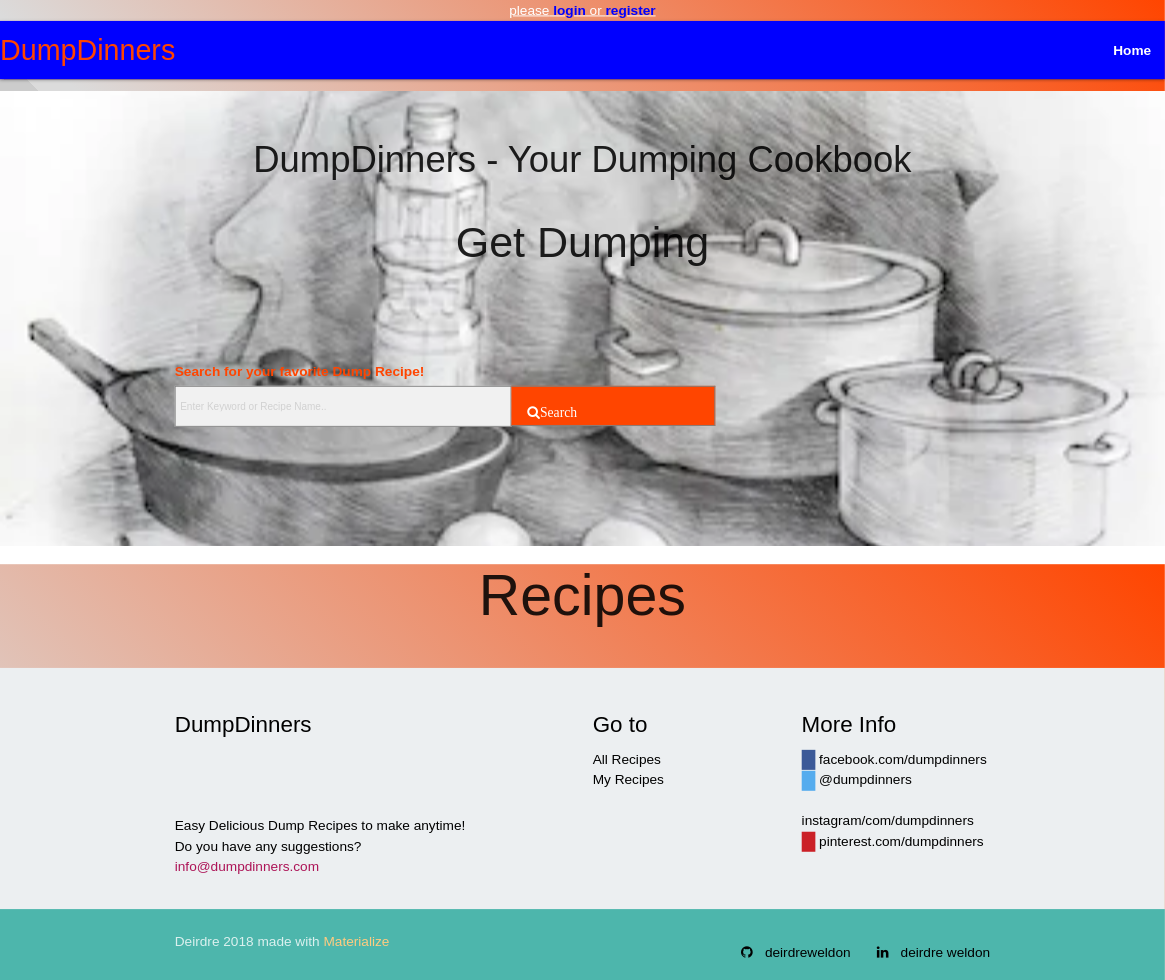
Repository: Deirdre18/dumpdinners-recipe-app
Page: http://localhost/
The author's editor kept a record of every edit. The page is drawn from the files as they stood at one moment, then again after the next edit.
The browser window is 1280 px wide. The pictures show the whole page, at 91% of full size.
Some web libraries are served in a nearby version. The page is served by the project's application, run on Flask 3 (app.py). Queries for data that is not in the repository find no rows.

Above is the page before.

### templates/allrecipes1.html
{% extends "base.html" %}
{% block content %}

        <h1 class="title">Recipes</h1>
 {#{{referred to https://github.com/pierceoneill/code-institute-milestone-project-04/blob/master/templates/recipes.html for recipe-cards code.}}#}



   <div id="recipe-cards" class="row">
    {% for recipe in recipes %}
        <div class="col s12 m4 l3 recipe-card" data-date="{{recipe.date_added}}">
            <div class="card-heading"style="text-align:center">

                    <div class="card-title">
                        <h6><span id="recipe_name" name="recipe_name" ><i><strong>{{recipe.recipe_name}} </i></strong></span></h6>

                    </div>
            </div>


            <div class="card-image" >
                <img src="{{recipe.image}}" width="200" height="200" style="margin-top": 40%;>
            </div>


            <div class="card-body">

                <p id="short_description"></p> <strong><em>{{recipe.short_description}}</strong></em></p>
            </div>

           <div class="card-footer">


                <div class="card-action">
                   <a href="/recipe/{{ recipe._id }}"> <button class="btn waves-effect waves-light" type="submit" style="background-color:orangered" name="action">See More
                <i class="material-icons right">view_list</i>
             </button></a>

                </div>
           </div>




            <!-- more display -->
    </div>
    {% endfor %}

{% endblock %}

### templates/base.html
<!DOCTYPE html>
<html>

<head>
    <!--referred to this link for downloading bootstrap, as well as previous CI tutorials - https://forums.fedoraforum.org/showthread.php?314148-How-to-download-bootstrap-->

    <meta charset="UTF-8">
    <meta name="viewport" content="width=device-width, user-scalable=no, initial-scale=1.0, maximum-scale=1.0, minimum-scale=1.0">
    <meta http-equiv="X-UA-Compatible" content="ie=edge">
    <title>{{ title }} - DumpDinners</title>
    <link href="https://fonts.googleapis.com/icon?family=Material+Icons" rel="stylesheet">
    <link rel="stylesheet" href="https://cdnjs.cloudflare.com/ajax/libs/materialize/0.100.2/css/materialize.min.css">
    <link rel="stylesheet" href="{{url_for('static', filename='styles.css')}}" type="text/css" />
    <link rel="icon" type="image/ico" href="/static/images/favicon.ico" />
    <link rel="stylesheet" href="https://cdnjs.cloudflare.com/ajax/libs/font-awesome/4.7.0/css/font-awesome.min.css">

    <style>
        body {
            font-family: Arial;
        }

        * {
            box-sizing: border-box;
        }

        form.example input[type=text] {
            padding: 5px;
            font-size: 11px;
            border: 1px solid grey;
            float: left;
            width: 4%;
            height: 1%;
            background: #f1f1f1;
        }

        form.example button {
            float: left;
            width: 2%;
            height: 2%;
            padding: 5px;
            background: #2196F3;
            color: white;
            font-size: 11px;
            border: 1px solid grey;
            border-left: none;
            cursor: pointer;
        }

        form.example button:hover {
            background: #0b7dda;
        }

        form.example::after {
            content: "";
            clear: both;
            display: table;
        }
    </style>



</head>

<body>

    <style scoped>
        .pattern {
            min-height: 100px;
        }

        #stripes4 {

            background-image: repeating-linear-gradient(45deg, #ccc, #ccc 30px, #dbdbdb 30px, #dbdbdb 60px, orangered);

        }
    </style>

    <!--to give background gradient color, referred to https://www.quackit.com/css/codes/patterns/css_background_stripes.cfm-->

    <div id="stripes4" class="pattern">


        <!--referred to code from Spence Barribal's github project for username in session below (Student at Code Institute).-->

        {% if 'username' in session %}
        <div class="text-light font-italic bg-dark pt-2 pr-4" style="text-align:center; color:blue"><strong>welcome back, {{ session['username'] }}</strong>
        </div>

        <!--Referred to stack overflow article on centering anchors.-->

        <div class="display:block; text-align: center">
            <a href="{{ url_for('add_recipe') }}" <button class="btn-floating btn-small waves-effect waves-light red" style=" font-size:11px; color: blue; width:60px; height:50px;text-transform:uppercase"><strong><uppercase>+ Recipe</uppercase></strong></button><i class="material-icons"></i></a>
        </div>


        <div class="display:block; text-align: center">
            <a href="{{ url_for( 'logout') }}text-align:center" style="text-decoration:underline; color:blue; text-align:center,color:blue"><strong>Logout</strong></a>

        <a href="{{ url_for( 'allrecipes') }}text-align:center" style="text-decoration:underline;color:blue; text-align:center"><strong>Home</strong></a>

         </div>

        {% else %}

        <div class="login" style="text-align:center;text-decoration:underline; color:white">please<a href="{{ url_for('login') }}" style="color:blue"><strong> login</a></strong> or <a href="{{ url_for('register') }}" style="color:blue"><strong> register</strong></a>
        </div>
        {% endif %}

        <nav>
            <div class="nav-wrapper">
                <a class="brand-logo" style="color:orangered">DumpDinners</a>
                <a href="#" data-activates="mobile-demo" class="button-collapse"><i class="material-icons">menu</i></a>
                <ul id="nav-mobile" class="right hide-on-med-and-down">

                    {% if 'username' not in session %}

                    <li class="nav-item">
                        <a href="{{ url_for('index') }}" style="color:white"><strong>Home</a></strong>
                    </li>


                    {% endif %}

                </ul>
            </div>

        </nav>
        <!--referred to https://www.w3schools.com/howto/howto_css_search_button.asp-->

        {% if 'username' in session %}
        <ul class="sidenav" id="mobile-demo">
            <li class="nav-item">
                <a href="{{ url_for('allrecipes') }}" style="color:orangered;text-decoration:underline"><strong>Home</strong></a>
            </li>
            {% endif %}


        </ul>
    </div>

    <div id="index-banner" class="parallax-container">
        <div class="section no-pad-bot">
            <div class="container">

                <div class="parallax">
                    <img src="{{ url_for('static', filename='uploads/' + 'still-life.jpg') }}">
                </div>

                <h2 class="header center" class="header"><small>DumpDinners - Your Dumping Cookbook</small></h2>

                <h1 class="header center" class="header"><small>Get Dumping</small></h1>
                <br><br><br>


                <!--/*referred to https://www.w3schools.com/howto/howto_css_search_button.asp*/-->

                <div class="search-container">

                    <h6 class="lead-search" style="color:orangered; text-align:left"><strong>Search for your favorite Dump Recipe!</strong></h6>
                    <form class="example" action="{{ url_for('search') }}">
                        <input type="text" placeholder="Enter Keyword or Recipe Name.." required name="query" style="margin-top:1px; width:40%; height:3em !important; color:black">
                        <div id="search">
                            <button type="submit" style="margin-top:1px; width:25%; height:4em !important; background-color:orangered"><i class="fa fa-search" style="font-size:15px;float:left">Search</i></button>
                        </div>
                    </form>
                </div>


            </div>
        </div>
        <!--Referred to this link for adding photos dynamically. https://stackoverflow.com/questions/40877272/jinja2-not-displaying-the-images-->


    </div>

    <div id="stripes4" class="pattern">
        {% block content %}{% endblock %}
    </div>

    <script src="https://ajax.googleapis.com/ajax/libs/jquery/3.4.1/jquery.min.js"></script>


    <script src="https://cdnjs.cloudflare.com/ajax/libs/jquery/3.2.1/jquery.min.js"></script>

    <script src="https://cdnjs.cloudflare.com/ajax/libs/materialize/0.100.2/js/materialize.min.js"></script>



    <script type="text/javascript">
        $(document).ready(function() {
            $(".button-collapse").sideNav();
        });
    </script>

    <script type="text/javascript">
        $('.datepicker').pickadate({
            selectMonths: true, // Creates a dropdown to control month
            selectYears: 15, // Creates a dropdown of 15 years to control year,
            today: 'Today',
            clear: 'Clear',
            close: 'Ok',
            closeOnSelect: false // Close upon selecting a date,
        });
    </script>


    <script>
        $(document).ready(function() {
            $('.parallax').parallax();
        });
    </script>

    <!-- jquery to activate buttons -->

    <script type="text/javascript">
        $(document).ready(function() {
            $('.collapsible').collapsible();
            $('select').material_select();
        });
    </script>



    <!--to create footer referred to https://www.w3schools.com/howto/tryit.asp?filename=tryhow_css_fixed_footer. For flexible footer referred to https://materializecss.com/footer.html-->
    <!--decided to make footer fixed rather than flexible-->





    <style>
        .footer {
            margin-top: 1px;
            display: fixed;
            min-height: 3vh;
            flex-direction: column;
            text-align: center;
            background-color: blue;
            color: white;
        }

        main {
            flex: 1 0 auto;
        }

        .container {
            margin-top: 15px;
            margin-bottom: 3px;
        }
    </style>



    <style>
        .fa {
            padding: 10px;
            font-size: 15px;
            width: 30px;
            text-decoration: none;
            margin: 5px 2px;
            border-radius: 50%;
            height: 30px;
        }

        .fa:hover {
            opacity: 0.7;

        }

        .fa-facebook {
            background: #3B5998;
            color: white;
            text-align: center;
        }

        .fa-twitter {
            background: #55ACEE;
            color: white;
            text-align: center;
        }


        .fa-youtube {
            background: #bb0000;
            color: white;
            text-align: center;
        }

        .fa-pinterest {
            background: #cb2027;
            color: white;
            text-align: center;
        }


        strong {
            font-weight: bold;
        }
    </style>







    <!--<div class="footer">-->


    <!--    <div class="container">-->
    <!--created blank spaces, referred to https://www.computerhope.com/jargon/n/nbsp.htm-->
    <!--        © 2019 Created with Code and Materialise&nbsp| Deirdre Weldon |&nbsp<a href="https://dumpdinners-recipe-app.herokuapp.com/" style="color:orangered; text-decoration: underline">DumpDinners Website-->

    <!--    </div>  -->

    <!--for social media icons and styles referred to https://www.w3schools.com/howto/howto_css_social_media_buttons.asp    -->




    <!-- Add font awesome icons -->
    <!--        <a href="https://www.facebook.com/" class="fa fa-facebook"></a>-->
    <!--        <a href="https://www.twitter.com/" class="fa fa-twitter"></a>-->
    <!--        <a href="https://www.youtube.com/" class="fa fa-youtube"></a>-->
    <!--        <a href="https://www.pinterest.com/" class="fa fa-pinterest"></a>-->



    <!--</div>-->


    <footer class="page-footer #eceff1 blue-grey lighten-5" id="footer-custom">
        <div class="container">
            <div class="row no-margin">
                <div class="col l6 m3 mobile-hide">
                    <h5 class="black-text footer-heading">DumpDinners</h5>
                    <p class="black-text text-lighten-4 footer-text">
                        Easy Delicious Dump Recipes to make anytime!<br> Do you have any suggestions?<br>
                        <a class="pink-text text-darken-3" href="mailto:dumpdinners">info@dumpdinners.com</a>
                    </p>
                </div>
                <div class="col l3 m3 mobile-hide">
                    <h5 class="black-text footer-heading">Go to</h5>
                    <ul>
                        <li class="footer-text"><a class="black-text" href="{{url_for('allrecipes')}}">All Recipes</a></li>
                        <li class="footer-text"><a class="black-text" href="{{url_for('allrecipes')}}">My Recipes</a></li>
                    </ul>
                </div>
                <div class="col l3 m3 s12">
                    <h5 class="black-text footer-heading">More Info</h5>
                    <ul>
                        <li class="footer-text"><a class="black-text" href=""><i class="fab fa-facebook fa-lg"></i> facebook.com/dumpdinners</a></li>
                        <li class="footer-text"><a class="black-text" href=""><i class="fab fa-twitter fa-lg"></i> @dumpdinners</a></li>
                        <li class="footer-text"><a class="black-text" href=""><i class="fab fa-instagram fa-lg"></i> instagram/com/dumpdinners</a></li>
                        <li class="footer-text"><a class="black-text" href=""><i class="fab fa-pinterest fa-lg"></i> pinterest.com/dumpdinners</a></li>
                    </ul>
                </div>
            </div>
        </div>
        <div class="footer-copyright footer-text #4db6ac teal lighten-2">
            <div class="container">
                Deirdre 2018 made with <a class="orange-text text-lighten-3" href="http://materializecss.com">Materialize</a>

                <a class="black-text text-lighten-1 right" href="https://www.linkedin.com/in/deirdre weldon/"><i class="fa fa-linkedin fa-2x"></i> deirdre weldon </a>
                <a class="black-text text-darken-4 right" href="https://github.com/deidreweldon"><i class="fa fa-github"></i> deirdreweldon &nbsp &nbsp</a>
            </div>
        </div>
    </footer>

</body>

</html>

### app.py
import os
import re
from flask import Flask, render_template, redirect, request, url_for, session, flash
import json
from functools import update_wrapper
from flask_pymongo import PyMongo
import pymongo
from pymongo import MongoClient
from bson.objectid import ObjectId


from werkzeug.security import generate_password_hash, check_password_hash


app = Flask(__name__)

app.secret_key = "randomstring123"



if app.config['DEBUG'] == True:
    from config import dbconfig
    app.config["MONGO_DBNAME"] = 'dumpdinners'
    app.config["MONGO_URI"] = dbconfig()
else:
    app.config['MONGO_URI'] = os.environ.get("MONGO_URI")
    app.config['MONGO_DBNAME'] = os.environ.get("MONGO_DBNAME")

mongo = PyMongo(app)


@app.route('/')
@app.route('/index')
def index():
    """Home page the gets 4 recipes from DB that have been viewed the most"""
    four_recipes = mongo.db.recipes.find().limit(4)
    return render_template('allrecipes1.html', recipes=four_recipes)

@app.route('/allrecipes')
def allrecipes():
    recipes = mongo.db.recipes.find()
    return render_template('allrecipes.html', recipes=recipes)

@app.route('/allrecipes1')
def allrecipes1():
    recipes = mongo.db.recipes.find()
    four_recipes = mongo.db.recipes.find().limit(4)
    return render_template('allrecipes1.html', recipes=four_recipes)

@app.route('/add_recipe')
def add_recipe():
    recipes = mongo.db.recipes.find()
    return render_template('addrecipe.html',
        categories=mongo.db.categories.find())


@app.route('/insert_recipe', methods=['POST'])
def insert_recipe():
    recipes = mongo.db.recipes
    recipes.insert_one(request.form.to_dict())
    flash ("Thank you, your recipe has been inserted")
    return redirect(url_for('allrecipes'))



@app.route('/edit_recipe/<recipe_id>', methods=['GET', 'POST'])
def edit_recipe(recipe_id):
    """Allows logged in user to edit their own recipes"""
    recipe_db = mongo.db.recipes.find_one_or_404({'_id': ObjectId(recipe_id)})
    all_categories =  mongo.db.categories.find()
    if request.method == 'GET':

        return render_template('editrecipe.html', recipe=recipe_db, categories=all_categories)


# referred to this article for advice on 'views' - https://stackoverflow.com/questions/5782311/mongodb-inc-embedded-value-syntax

@app.route('/update_recipe/<recipe_id>', methods=["POST"])
def update_recipe(recipe_id):
    recipes = mongo.db.recipes
    recipes.update( {'_id': ObjectId(recipe_id)},
    {
        '$set': {

        'recipe_name':request.form.get('recipe_name'),
        'ingredients':request.form.get('ingredients'),
        'image': request.form.get('image'),
        'category_name': request.form.get('category_name'),
        'username': request.form.get('username'),
        'methods': request.form.get('methods'),
        'short_description': request.form.get('short_description'),
        'date_added': request.form.get('date_added'),
        'is_vegetarian': request.form.get('is_vegetarian'),
        'views':1,
        'likes':1
        }
    })
    return redirect(url_for('allrecipes'))




@app.route('/delete_recipe/<recipe_id>')
def delete_recipe(recipe_id):
    mongo.db.recipes.remove({'_id': ObjectId(recipe_id)})
    return redirect(url_for('allrecipes'))

@app.route('/search')
def search():
    """Provides logic for search bar"""
    orig_query = request.args['query']
    # using regular expression setting option for any case
    query = {'$regex': re.compile('.*{}.*'.format(orig_query)), '$options': 'i'}
    # find instances of the entered word in title, tags or ingredients
    results = mongo.db.recipes.find({
        '$or': [
            {'recipe_name': query},
            {'ingredients': query},
            {'recipe_name': query}
        ]
    })
    return render_template('search.html', query=orig_query, results=results)


@app.route('/recipe/<recipe_id>')
def recipe(recipe_id):

    """Shows full recipe and increments view"""
    mongo.db.recipes.find_one_and_update(
        {'_id': ObjectId(recipe_id)},
        { '$inc': { 'views': 1}}



    )
    recipe_db = mongo.db.recipes.find_one_or_404({'_id': ObjectId(recipe_id)})
    return render_template('recipe.html', recipe=recipe_db)


@app.route('/likes/<recipe_id>')
def likes(recipe_id):

    """Shows full recipe and increments view"""
    mongo.db.recipes.find_one_and_update(
        {'_id': ObjectId(recipe_id)},
        { '$inc': { 'likes': 1}}



    )
    recipe_db = mongo.db.recipes.find_one_or_404({'_id': ObjectId(recipe_id)})
    return render_template('recipe.html', recipe=recipe_db)




#Copied routing for login from Deborah Thompson, student at Code Institute for login routing - #https://github.com/debbiect246/recipe-app#


@app.route('/login', methods=["GET","POST"])
def login():
    if request.method == 'POST':
        login_user = mongo.db.register.find_one({'username': request.form['username']})
        form = request.form
        if login_user:
            if(form["password"] == login_user["password"]): # if password correct
                session['username'] = login_user["username"]
                return redirect(url_for('allrecipes',register_id = login_user["_id"]))
            else: # and if password is not correct
               flash("Incorrect password")
        else:# if user does not exist
            flash("User does not exist")
            return redirect(url_for('register'))
    return render_template('login.html')


#Copied routing for register from Deborah Thompson, student at Code Institute for login routing - #https://github.com/debbiect246/recipe-app#

@app.route('/register', methods=['POST','GET'])
def register():
    if request.method == 'POST':
        register = mongo.db.register
        register_id = register.insert_one(request.form.to_dict())
        # print(register)
        object_id = register_id.inserted_id
        flash("Thank you for registering, please go to login")
        return redirect(url_for('allrecipes1',register_id=object_id))
    return render_template('register.html')




#Copied routing for allrecipeslist from Deborah Thompson, student at Code Institute for login routing - #https://github.com/debbiect246/recipe-app#


@app.route('/logout')
def logout():
    """Clears session and redirects to home"""
    session.clear()
    return redirect(url_for('allrecipes1'))




if __name__ == '__main__':
    app.run(host=os.environ.get('IP'),
        port=int(os.environ.get('PORT')))

### static/styles.css
.card-body {
    width: 75%;
    margin-left: 0;
    left: auto;
    right: auto;
    white-space: pre-wrap;
}

#search [type="search"] [name="query"]
{
     height: 30px;
     width: 50px;
}


h3 {margin-top: 10%}

.main { margin-top: 20px;}

.card-image {width:25%;}

h5 .lead-search {margin-bottom: 0}

p .heading {margin-top: 30%;}


.card-image {white-space: pre-wrap;
            margin-bottom: -80px;
}


h1 {text-align: center;
    margin-top: 20px;

}

p {margin-top: 20%;}



.nav-wrapper {background-color: blue;}

#Add {color: indigo;
}

#View {color: indigo;
}

.brand-logo{text-align:left;}

.btn_small {
    height: 24px;
    width: 60px;
    line-height: 24px;
    margin: 5px 5px;
    padding: 0 0.5em;
}

After the next edit:
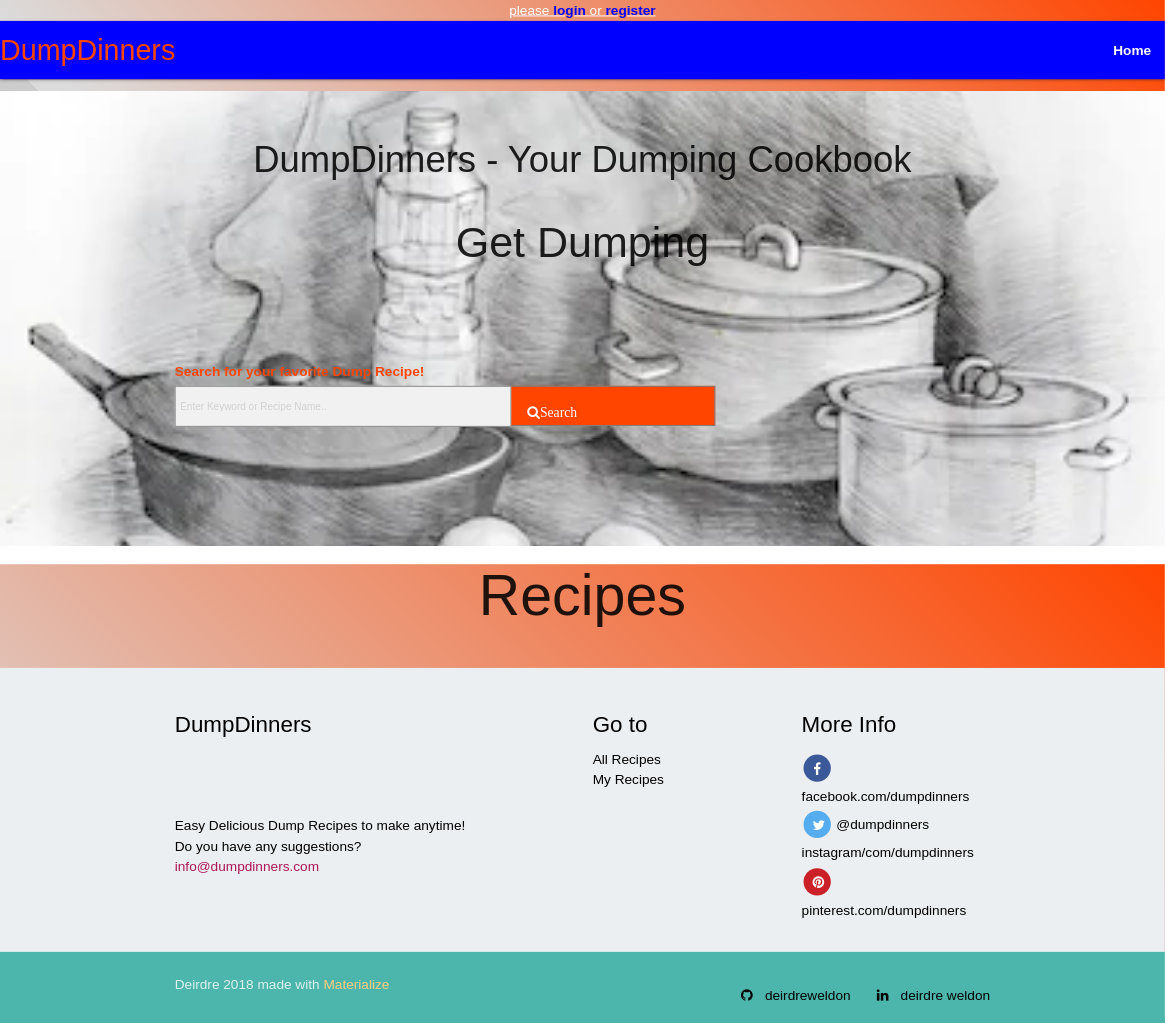
The edit:
--- a/templates/base.html
+++ b/templates/base.html
@@ -349,10 +349,10 @@
                 <div class="col l3 m3 s12">
                     <h5 class="black-text footer-heading">More Info</h5>
                     <ul>
-                        <li class="footer-text"><a class="black-text" href=""><i class="fab fa-facebook fa-lg"></i> facebook.com/dumpdinners</a></li>
-                        <li class="footer-text"><a class="black-text" href=""><i class="fab fa-twitter fa-lg"></i> @dumpdinners</a></li>
-                        <li class="footer-text"><a class="black-text" href=""><i class="fab fa-instagram fa-lg"></i> instagram/com/dumpdinners</a></li>
-                        <li class="footer-text"><a class="black-text" href=""><i class="fab fa-pinterest fa-lg"></i> pinterest.com/dumpdinners</a></li>
+                        <li class="footer-text"><a class="black-text" href=""><i class="fa fa-facebook fa-lg"></i> facebook.com/dumpdinners</a></li>
+                        <li class="footer-text"><a class="black-text" href=""><i class="fa fa-twitter fa-lg"></i> @dumpdinners</a></li>
+                        <li class="footer-text"><a class="black-text" href=""><i class="fabfa-instagram fa-lg"></i> instagram/com/dumpdinners</a></li>
+                        <li class="footer-text"><a class="black-text" href=""><i class="fa fa-pinterest fa-lg"></i> pinterest.com/dumpdinners</a></li>
                     </ul>
                 </div>
             </div>
